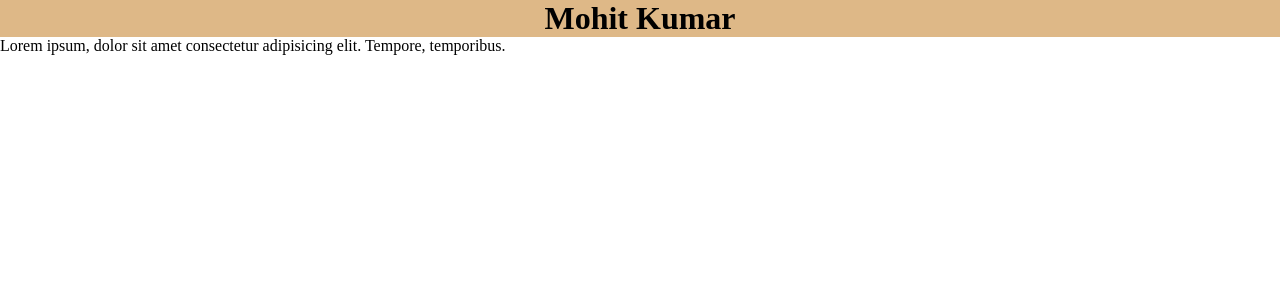
Repository: Mohitkumar1322/FrontendPracticee
Page: Javascript/index.html
An editor plug-in stored every save of this project. The page is shown before and after the next save, followed by the edit.
The browser window is 1280 px wide. The pictures show the whole page.

Above is the page before, as saved 2025-07-10 10:02:55.

After the next save:
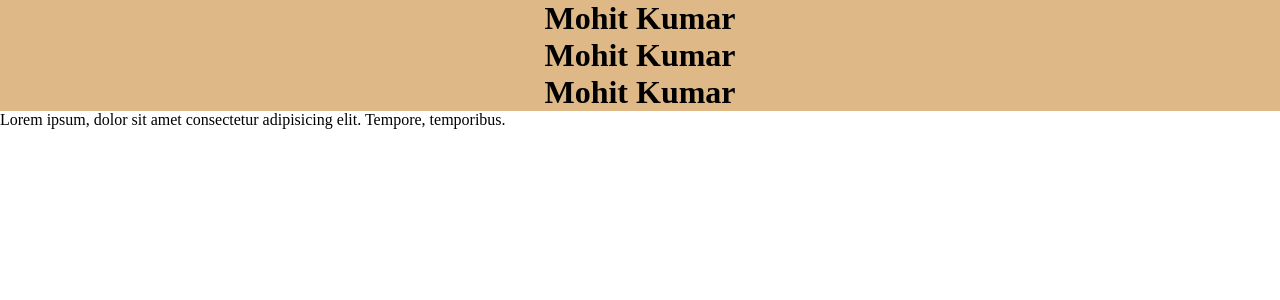
Saved 9 s later.
--- a/Javascript/index.html
+++ b/Javascript/index.html
@@ -8,6 +8,8 @@
 </head>
 <body>
     <h1 class="heading">Mohit Kumar </h1>
+    <h1 class="heading">Mohit Kumar </h1>
+    <h1 class="heading">Mohit Kumar </h1>
     <p id ="demo">Lorem ipsum, dolor sit amet consectetur adipisicing elit. Tempore, temporibus.</p>
 
     <script src="script.js"></script>
